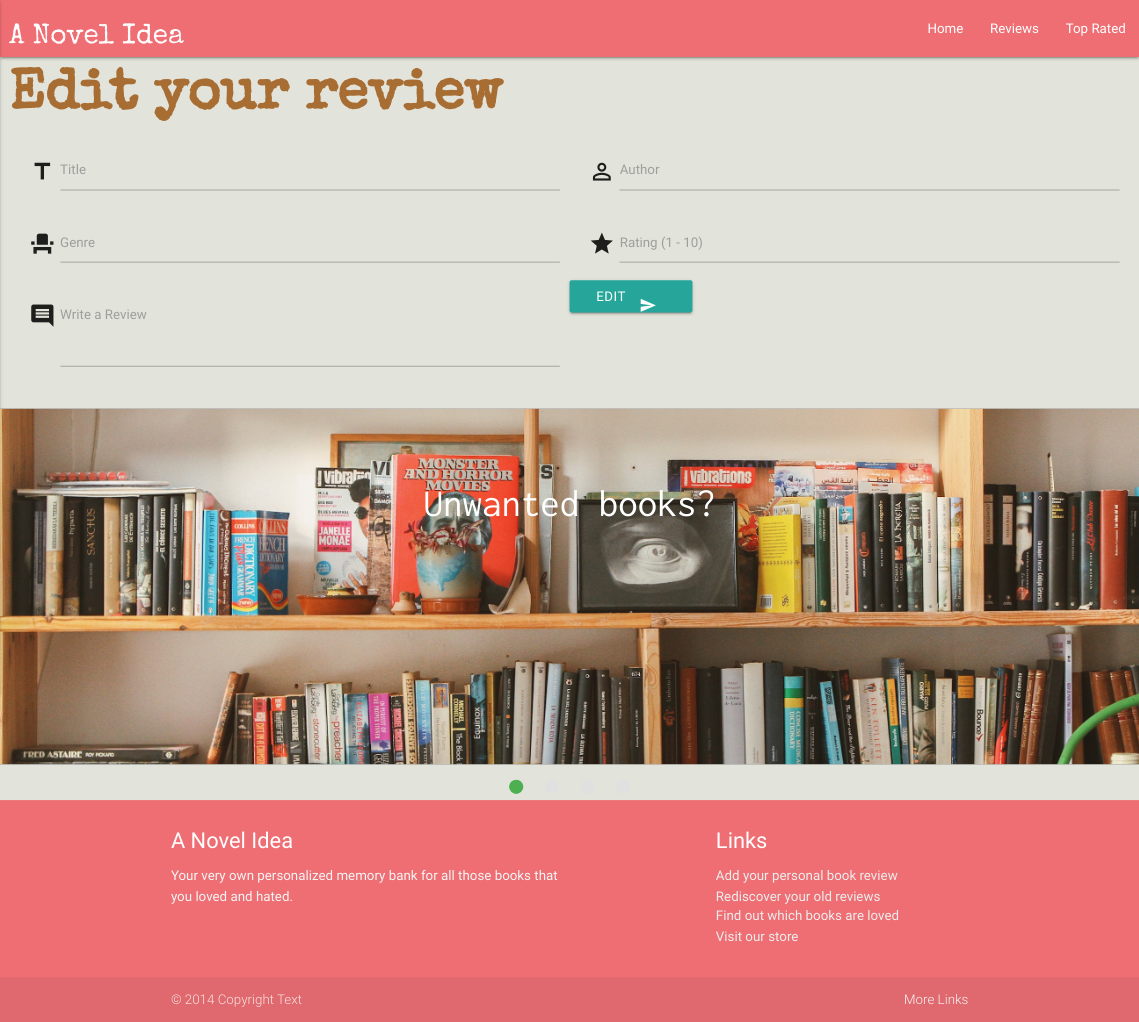
Repository: johnny-don/a-novel-idea
Page: templates/editreview.html
The author's editor kept a record of every edit. The page is drawn from the files as they stood at one moment, then again after the next edit.
The browser window is 1280 px wide. The pictures show the whole page, at 89% of full size.
Some web libraries are served in a nearby version. The page is served by the project's application, run on Flask 3 (app.py). The template is opened directly, without the code that normally fills it, so the values that code supplies are empty.

Above is the page before.

### templates/editreview.html
{% extends 'base.html' %} {% block content %}

<h1 class="headline">Edit your review</h1>

<div class="row">
    <form action="{{url_for('update_review', review_id=review._id) }}" method="POST" class="col s12">

        <div class="input-field col s6">
          <i class="material-icons prefix">title</i>
          <input id="title" name="title" type="text" class="materialize-textarea" value="{{review.title}}">
          <label for="icon_prefix2 text-font">Title</label>

      </div>

        <div class="input-field col s6">
          <i class="material-icons prefix">perm_identity</i>
          <input id="author" name="author" type="text" class="materialize-textarea" value="{{review.author}}">
          <label for="icon_prefix2 text-font">Author</label>

      </div>

        <div class="input-field col s6">
          <i class="material-icons prefix">event_seat</i>
          <input id="genre" name="genre" type="text" class="materialize-textarea" value="{{review.genre}}">
          <label for="icon_prefix2 text-font">Genre</label>

      </div>

        <div class="input-field col s6">
          <i class="material-icons prefix">grade</i>
          <input id="rating" name="rating" type="number" class="materialize-textarea" value="{{review.rating}}">
          <label for="icon_prefix2 text-font">Rating (1 - 10)</label>

      </div>

        <div class="input-field col s6">
          <i class="material-icons prefix">comment</i>
          <textarea id="review" name="review" type="text" class="materialize-textarea" value="{{review.review}}"></textarea>
          <label for="icon_prefix2 text-font">Write a Review</label>

      </div>
      <button class="btn waves-effect waves-light" type="submit" name="action">Edit
    <i class="material-icons right text-font">send</i>
  </button>

    </form>
  </div>

   <div class="slider col s6">
    <ul class="slides">
      <li>
        <img src="static/images/home-bookshelf.jpg"> <!-- random image -->
        <div class="caption center-align">
          <h3 class="text-font">Unwanted books?</h3>
        </div>
      </li>
      <li>
        <img src="static/images/woman-bookstore.jpg"> <!-- random image -->
        <div class="caption left-align">
          <h3 class="text-font">We can find a new owner</h3>

        </div>
      </li>
      <li>
        <img src="static/images/bookshop.jpg"> <!-- random image -->
        <div class="caption right-align">
          <h3 class="text-font">Bring them into</h3>

        </div>
      </li>
      <li>
        <img src="static/images/woman-back-bookstore.jpg"> <!-- random image -->
        <div class="caption center-align">
          <h3 class="text-font">They are safe with us</h3>
          <a href="https://last-bookshop.business.site/" class="light grey-text text-lighten-3 text-font">Click here to visit our store</a>
        </div>
      </li>
    </ul>
  </div>
  </div>




{% endblock %}

### templates/base.html
<!DOCTYPE html>
<html lang="en">

<head>
    <meta charset="UTF-8">
    <meta name="viewport" content="width=device-width, initial-scale=1.0">
    <meta http-equiv="X-UA-Compatible" content="ie=edge">
    <link rel="stylesheet" href="{{url_for('static', filename='css/style.css')}}" type="text/css"/>
    <link href="https://fonts.googleapis.com/icon?family=Material+Icons" rel="stylesheet">
    <link rel="stylesheet" href="https://cdnjs.cloudflare.com/ajax/libs/materialize/0.100.2/css/materialize.min.css">
    <link href="https://fonts.googleapis.com/css?family=Special+Elite&display=swap" rel="stylesheet">


    <title>A Novel Idea</title>
</head>

<body>
      <header>
        <nav>
            <div class="nav-wrapper">
                <a href="{{url_for('add_review')}}" class=" brand brand-logo">A Novel Idea</a>
                <a href="#" data-activates="mobile-demo" class="button-collapse"><i class="material-icons">menu</i></a>
                <ul id="nav-mobile" class="right hide-on-med-and-down">
                    <li><a href="{{url_for('add_review')}}">Home</a></li>
                    <li><a href="{{url_for('get_reviews')}}">Reviews</a></li>
                    <li><a href="{{url_for('top_rated')}}">Top Rated</a></li>
                </ul>
                <ul class="side-nav" id="mobile-demo">
                     <li><a href="{{url_for('add_review')}}">Home</a></li>
                    <li><a href="{{url_for('get_reviews')}}">Reviews</a></li>
                    <li><a href="">Top Rated</a></li>
                </ul>
            </div>
        </nav>
    </header>

    {% block content %}
    {% endblock %}


    <footer class="page-footer">
          <div class="container">
            <div class="row">
              <div class="col l6 s12">
                <h5 class="white-text">A Novel Idea</h5>
                <p class="grey-text text-lighten-4">Your very own personalized memory bank for all those books that you loved and hated. </p>
              </div>
              <div class="col l4 offset-l2 s12">
                <h5 class="white-text">Links</h5>
                <ul>

                  <li><a class="grey-text text-lighten-3" href="{{url_for('add_review')}}">Add your personal book review</a></li>
                  <li><a class="grey-text text-lighten-3" href="{{url_for('get_reviews')}}">Rediscover your old reviews</a></li>
                  <li><a class="grey-text text-lighten-3" href="{{url_for('top_rated')}}">Find out which books are loved</a></li>
                  <li><a class="grey-text text-lighten-3" href="https://last-bookshop.business.site/">Visit our store</a></li>

                </ul>
              </div>
            </div>
          </div>
          <div class="footer-copyright">
            <div class="container">
            © 2014 Copyright Text
            <a class="grey-text text-lighten-4 right" href="#!">More Links</a>
            </div>
          </div>
        </footer>








    <script src="https://cdnjs.cloudflare.com/ajax/libs/jquery/3.2.1/jquery.min.js"></script>
    <script src="https://cdnjs.cloudflare.com/ajax/libs/materialize/0.100.2/js/materialize.min.js"></script>
    <script type="text/javascript">
        $(document).ready(function() {
            $('.collapsible').collapsible();
            $(".button-collapse").sideNav();
            $('.slider').slider();
        });
    </script>
</body>

</html>

### app.py
import os
from flask import Flask, render_template, redirect, request, url_for, request
from flask_pymongo import PyMongo
from bson.objectid import ObjectId


app = Flask(__name__)
app.config["MONGO_DBNAME"] = 'novel_idea'
app.config["MONGO_URI"] = 'mongodb+srv://johnny_don:2gardensmon@cluster0-kzp63.mongodb.net/novel_idea?retryWrites=true&w=majority'


mongo = PyMongo(app)


@app.route('/')


@app.route('/get_reviews')
def get_reviews():
    return render_template("reviews.html", reviews=mongo.db.info.find())

@app.route('/add_review')
def add_review():
    return render_template('addreview.html')

@app.route('/submit_review', methods=['POST'])
def submit_review():
    info = mongo.db.info
    info.insert_one(request.form.to_dict())
    return redirect(url_for('get_reviews'))

@app.route('/edit_review/<review_id>')
def edit_review(review_id):
    the_review = mongo.db.info.find_one({"_id": ObjectId(review_id)})
    return render_template('editreview.html', review=the_review)


@app.route('/update_review/<review_id>', methods=["POST"])
def update_review(review_id):
    reviews=mongo.db.info
    reviews.update( {'_id': ObjectId(review_id)},
    {
        'title':request.form.get('title'),
        'author':request.form.get('author'),
        'genre':request.form.get('genre'),
        'rating':request.form.get('rating'),
        'review':request.form.get('review')
    })

    return redirect(url_for('get_reviews'))

@app.route('/delete_review/<review_id>')
def delete_review(review_id):
    mongo.db.info.remove({'_id': ObjectId(review_id)})
    return redirect(url_for('get_reviews'))



@app.route('/top_rated')
def top_rated():
    return render_template("toprated.html", ratings=mongo.db.info.find().sort("rating", -1))





if __name__ == '__main__':
    app.run(host=os.environ.get('IP'),
            port=int(os.environ.get('PORT')),
            debug=True)

### static/css/style.css
@import url('https://fonts.googleapis.com/css?family=Special+Elite&display=swap');
@import url('https://fonts.googleapis.com/css?family=Inconsolata&display=swap');
@import url('https://fonts.googleapis.com/css?family=Inconsolata&display=swap');

/* buttons */

body {
        background-color: #e2e3da;
}


.btn-small {
    margin-left: 15px;
    margin-top: 10px;
    margin-bottom: 10px;
    margin-right: 10px;
    padding: 5px;
    background-color: #a86d32;
    color: white;
    font-family: 'Inconsolata', monospace;
}

/* fonts */

.brand {
   font-family: 'Special Elite', cursive;
   margin: 10px;
   padding: 5px;
}

.headline {
   font-family: 'Special Elite', cursive;
    font-weight: bold;
    color: #a86d32;
    margin: 10px;
}


.text-font {
    font-family: 'Inconsolata', monospace;
}

/* navbar */

.brand {
   font-family: 'Special Elite', cursive;
   margin: 10px;
   padding: 5px;
}

.menu-link {
    font-size: larger;

}

.side-nav {
   background-color: #a86d32;
}

.nav-foot {

    background-color: #a86d32;
}

/* footer */

.page-footer {
    padding-top: 20px;
    color: #e2e3da;
    background-color: #a86d32;
}

/* icons */

.material-icons {
    margin: 10px;

}

/* image slider */

.slider-text {
    font-family: 'Inconsolata', monospace;
    color: #e2e3da;
    font-weight: bolder;

}

.icons {
    margin: 10px;

}

.review-section {
    margin: 20px;
}

.review-section {
    margin-top: 30px;
    margin-bottom: 30px;
}

After the next edit:
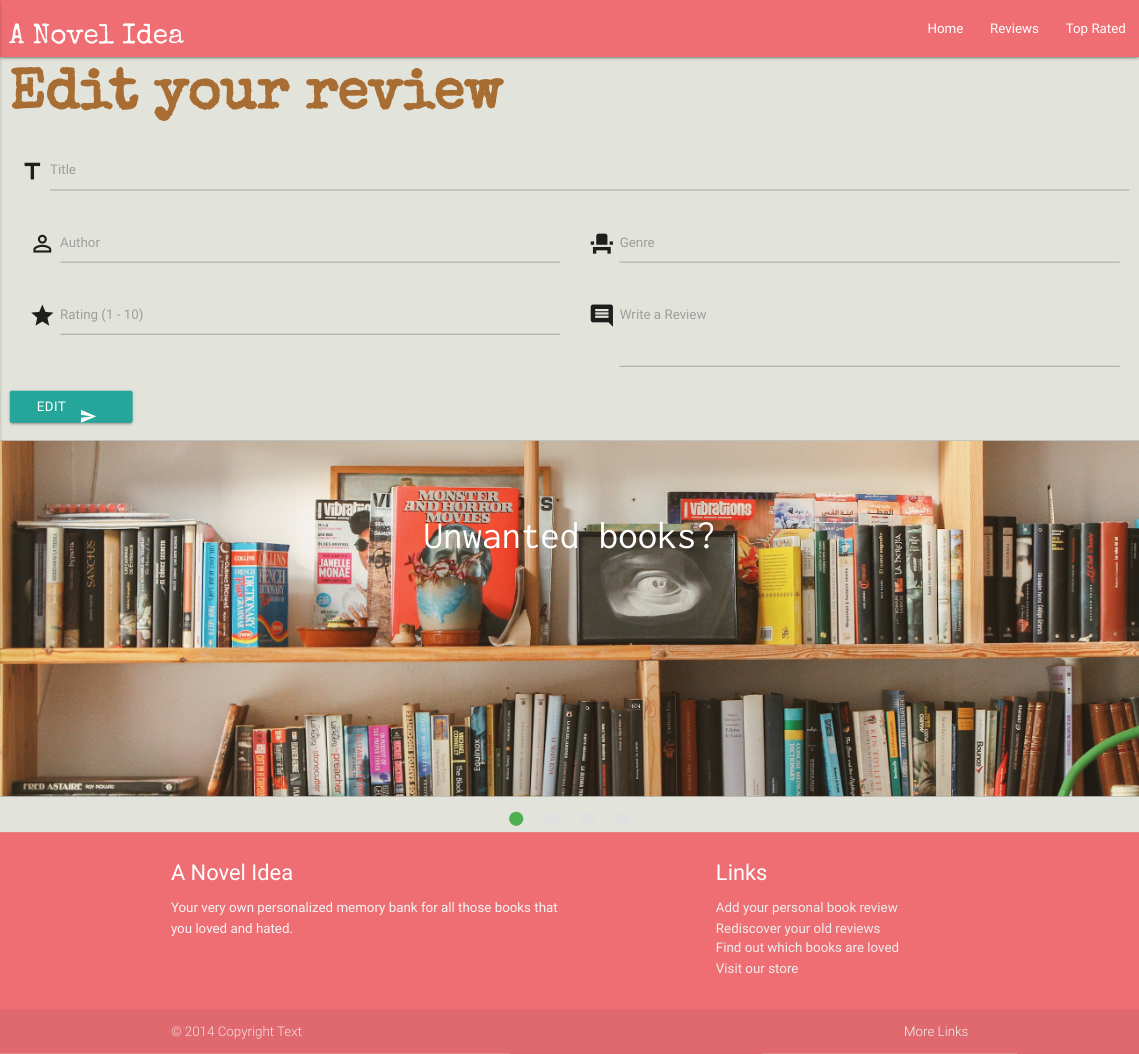
The edit:
--- a/templates/editreview.html
+++ b/templates/editreview.html
@@ -5,7 +5,7 @@
 <div class="row">
     <form action="{{url_for('update_review', review_id=review._id) }}" method="POST" class="col s12">
 
-        <div class="input-field col s6">
+        <div class="input-field">
           <i class="material-icons prefix">title</i>
           <input id="title" name="title" type="text" class="materialize-textarea" value="{{review.title}}">
           <label for="icon_prefix2 text-font">Title</label>
